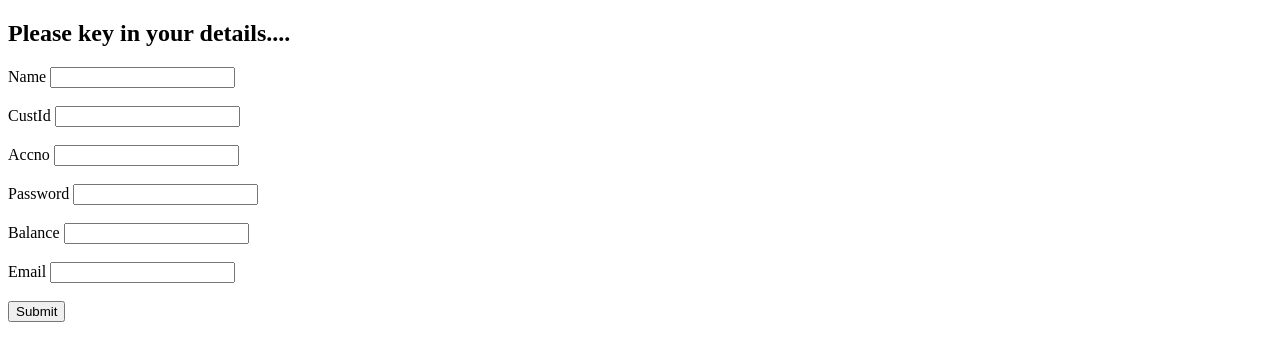
Repository: DEEKSHITH-GD/Banking-Application-using-Servlets
Page: Banking Application using Servlets/BankingApplication_Servlets/src/main/webapp/Register.html
The author's editor kept a copy of each file at every save. The page is drawn from the files as they stood at one save, then again after the next save.
The browser window is 1280 px wide. The pictures show the whole page.

Above is the page before, as saved 2024-01-03 10:32:17.

### Banking Application using Servlets/BankingApplication_Servlets/src/main/webapp/Register.html
<!DOCTYPE html>
<html>
<head>
<meta charset="ISO-8859-1">
<title>Registration Page</title>
</head>
<body>
<h2>Please key in your details....</h2>
	<form action="Register">
		<label>Name</label>
		<input type="text" name="name"/><br><br>

		<label>CustId</label>
		<input type="text" name="custid"/><br><br>

		<label>Accno</label>
		<input type="text" name="accno"/><br><br>

		<label>Password</label>
		<input type="password" name="pwd"/><br><br>

		<label>Balance</label>
		<input type="text" name="bal"/><br><br>

		<label>Email</label>
		<input type="text" name="email"/><br><br>

		<input type="submit"/>
	</form>
</body>
</html>

After the next save:
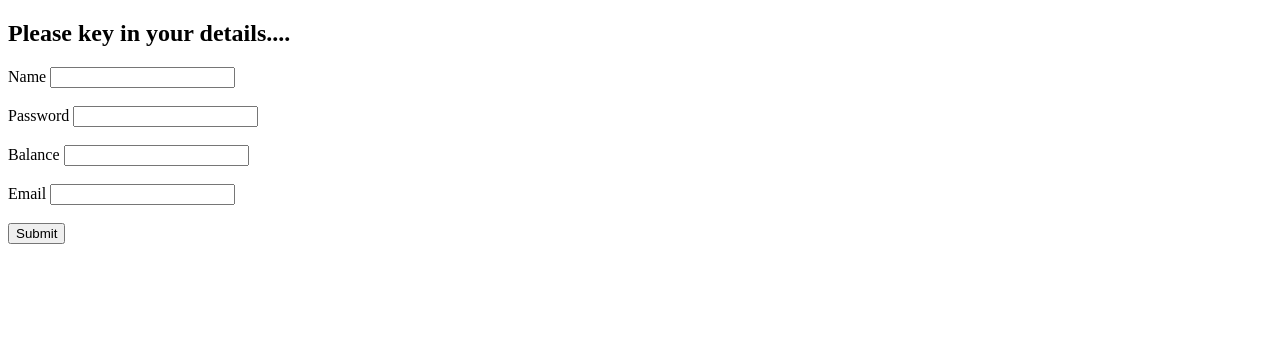
Saved 38 s later.
--- a/Banking Application using Servlets/BankingApplication_Servlets/src/main/webapp/Register.html
+++ b/Banking Application using Servlets/BankingApplication_Servlets/src/main/webapp/Register.html
@@ -9,12 +9,6 @@
 	<form action="Register">
 		<label>Name</label>
 		<input type="text" name="name"/><br><br>
-
-		<label>CustId</label>
-		<input type="text" name="custid"/><br><br>
-
-		<label>Accno</label>
-		<input type="text" name="accno"/><br><br>
 
 		<label>Password</label>
 		<input type="password" name="pwd"/><br><br>
